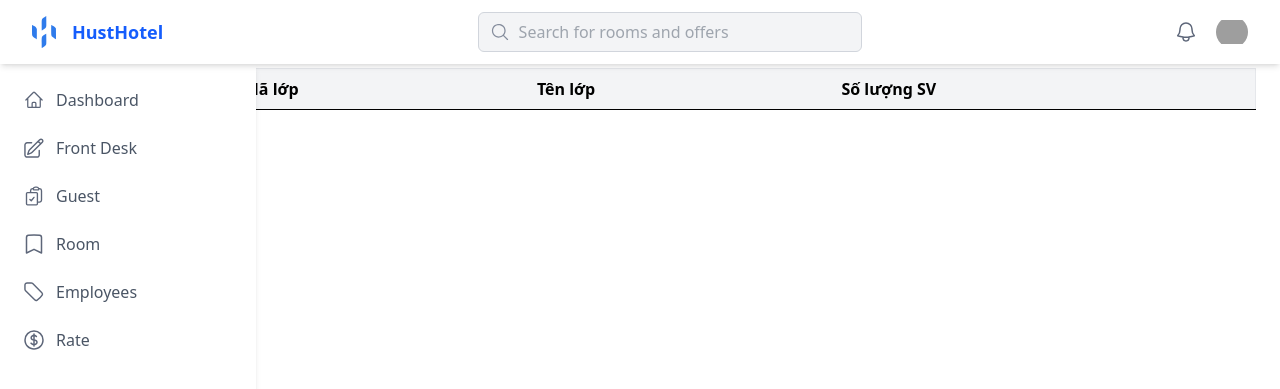
Repository: nguynd/GR1Attendance
Page: / (app in fe/)
An editor plug-in stored every save of this project. The page is shown before and after the next save, followed by the edit.
The browser window is 1280 px wide. The pictures show the whole page.
Pictures or frames that could not be fetched are drawn as grey boxes. The page's requests for data from a server got no answer. The project was rebuilt for these pictures with package versions that can differ from the ones it lists, and the page was loaded fresh each time. No one was signed in, and anything a server would have sent is missing. Also part of the build but not shown: fe/vite.config.js.

Above is the page before, as saved 2025-05-24 18:58:55.

### fe/index.html
<!doctype html>
<html lang="en">
  <head>
    <meta charset="UTF-8" />
    <link rel="icon" type="image/svg+xml" href="/vite.svg" />
    <meta name="viewport" content="width=device-width, initial-scale=1.0" />
    <title>Hustendance</title>
    <link href="./src/App.css" rel="stylesheet" />
  </head>
  <body>
    <div id="root"></div>
    <script type="module" src="/src/main.jsx"></script>
  </body>
</html>

### fe/src/App.jsx
import { useState } from 'react'
import reactLogo from './assets/react.svg'
import viteLogo from '/vite.svg'
import Header from './components/Header.jsx'
import './App.css'
import Sidebar from './components/Sidebar.jsx'
import ClassList from './components/ClassList.jsx'

function App() {
  const [count, setCount] = useState(0)

  return (
    <>
    <div>
      <Header />
      <Sidebar />
      <ClassList />
    </div>
    </>
  )
}

export default App

### fe/src/components/Header.jsx
import Logo from '../assets/Logo.svg'
import Notification from '../assets/Vector.svg'
import Avatar from '../assets/Avatar.svg'
import Search from '../assets/Search.svg'
import { useState } from 'react'

function Header() {
  const [searchQuery, setSearchQuery] = useState('')

  const handleSearch = (e) => {
    e.preventDefault()
    // TODO: Implement search functionality
    console.log('Searching for:', searchQuery)
  }

  const handleNotificationClick = () => {
    // TODO: Implement notification functionality
    console.log('Notification clicked')
  }

  const handleProfileClick = () => {
    // TODO: Implement profile functionality
    console.log('Profile clicked')
  }

  return (
    <header className="fixed flex items-center justify-between h-16 px-8 bg-white top-0 left-0 right-0 z-50 shadow-md">
      {/* Left Section: Logo and Text */}
      <div className="flex items-center gap-x-2">
        <img className="h-8 cursor-pointer" src={Logo} alt="HustHotel Logo" />
        <div className="text-blue-600 font-bold text-lg ml-2 cursor-pointer">HustHotel</div>
      </div>

      {/* Search Section */}
      <form onSubmit={handleSearch} className="relative w-96">
        <input
          type="text"
          value={searchQuery}
          onChange={(e) => setSearchQuery(e.target.value)}
          placeholder="Search for rooms and offers"
          className="w-full h-10 pl-10 pr-4 text-gray-600 bg-gray-100 border border-gray-300 rounded-md focus:outline-none focus:ring-2 focus:ring-blue-500"
          aria-label="Search"
        />
        <img
          src={Search}
          alt="Search icon"
          className="absolute left-3 top-1/2 transform -translate-y-1/2 h-5 w-5 text-gray-400"
        />
      </form>

      {/* Right Section: Notification and Avatar */}
      <div className="flex items-center gap-x-4">
        <button
          onClick={handleNotificationClick}
          className="h-6 w-6 cursor-pointer focus:outline-none focus:ring-2 focus:ring-blue-500 rounded-full"
          aria-label="View notifications"
        >
          <img src={Notification} alt="Notification icon" />
        </button>
        <button
          onClick={handleProfileClick}
          className="h-8 w-8 rounded-full overflow-hidden cursor-pointer focus:outline-none focus:ring-2 focus:ring-blue-500"
          aria-label="View profile"
        >
          <img src={Avatar} alt="User avatar" />
        </button>
      </div>
    </header>
  );
}

export default Header;

### fe/src/components/Sidebar.jsx
import Dashboard from '../assets/Dashboard.svg'
import Front_desk from '../assets/Front_desk.svg'
import Guest from '../assets/Guest.svg'
import Room from '../assets/Room.svg'
import Employee from '../assets/Deal.svg'
import Rate from '../assets/Rate.svg'

const NavItem = ({ icon, label, isActive = false }) => (
  <li>
    <a
      href={`#${label.toLowerCase()}`}
      className={`flex items-center gap-x-3 p-2 text-gray-600 hover:bg-gray-100 rounded-md cursor-pointer ${
        isActive ? 'text-blue-600' : ''
      }`}
      aria-label={`Navigate to ${label}`}
    >
      <img src={icon} alt={`${label} icon`} className="h-5 w-5" />
      <span>{label}</span>
    </a>
  </li>
);

function Sidebar() {
  const navItems = [
    { icon: Dashboard, label: 'Dashboard' },
    { icon: Front_desk, label: 'Front Desk' },
    { icon: Guest, label: 'Guest' },
    { icon: Room, label: 'Room', isActive: true },
    { icon: Employee, label: 'Employees' },
    { icon: Rate, label: 'Rate' },
  ];

  return (
    <nav
      className="fixed left-0 top-16 bottom-0 bg-white w-64 z-20 pt-4 shadow-md"
      aria-label="Main navigation"
    >
      <ul className="space-y-2 px-4">
        {navItems.map((item) => (
          <NavItem
            key={item.label}
            icon={item.icon}
            label={item.label}
            isActive={item.isActive}
          />
        ))}
      </ul>
    </nav>
  );
}

export default Sidebar;

### fe/src/components/ClassList.jsx
import React, { useEffect, useState } from "react";
import { getClasses } from "../services/classAPI";

export default function ClassList() {
  const [classes, setClasses] = useState([]);

  useEffect(() => {
    const fetchData = async () => {
      try {
        const data = await getClasses();
        setClasses(data);
      } catch (err) {
        console.error("Lỗi khi tải lớp:", err);
      }
    };
    fetchData();
  }, []);

  return (
  <div className="p-6 w-full">
    <h2 className="text-xl font-bold mb-4">Danh sách lớp học</h2>
    <div className="overflow-x-auto">
      <table className="w-full bg-white border border-gray-200 rounded shadow-sm">
        <thead>
          <tr className="bg-gray-100 text-left">
            <th className="px-4 py-2 border-b">STT</th>
            <th className="px-4 py-2 border-b">Mã lớp</th>
            <th className="px-4 py-2 border-b">Tên lớp</th>
            <th className="px-4 py-2 border-b">Số lượng SV</th>
          </tr>
        </thead>
        <tbody>
          {classes.map((cls, index) => (
            <tr key={cls.id} className="hover:bg-gray-50">
              <td className="px-4 py-2 border-b">{index + 1}</td>
              <td className="px-4 py-2 border-b">{cls.class_code}</td>
              <td className="px-4 py-2 border-b">{cls.class_name}</td>
              <td className="px-4 py-2 border-b text-center">{cls.student_count}</td>
            </tr>
          ))}
        </tbody>
      </table>
    </div>
  </div>
);
}

### fe/src/services/classAPI.jsx
// services/classAPI.jsx
import axios from "axios";

const API_BASE = "http://localhost:5000/api";

export const getClasses = async () => {
  const res = await axios.get(`${API_BASE}/classes`);
  return res.data;
};

export const deleteStudent = async (id) => {
  return await axios.delete(`http://localhost:3001/api/students/${id}`);
};

Loaded but not shown: fe/src/App.css (common file); fe/src/main.jsx (common file)

After the next save:
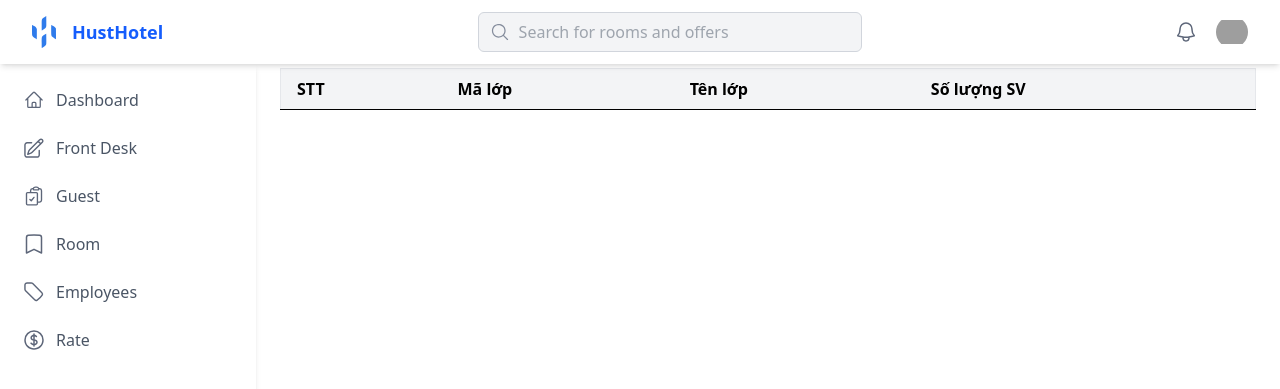
Saved 45 s later.
--- a/fe/src/components/ClassList.jsx
+++ b/fe/src/components/ClassList.jsx
@@ -17,7 +17,7 @@ export default function ClassList() {
   }, []);
 
   return (
-  <div className="p-6 w-full">
+  <div className="p-6 ml-64 max-w-[calc(100vw-256px)]">
     <h2 className="text-xl font-bold mb-4">Danh sách lớp học</h2>
     <div className="overflow-x-auto">
       <table className="w-full bg-white border border-gray-200 rounded shadow-sm">
